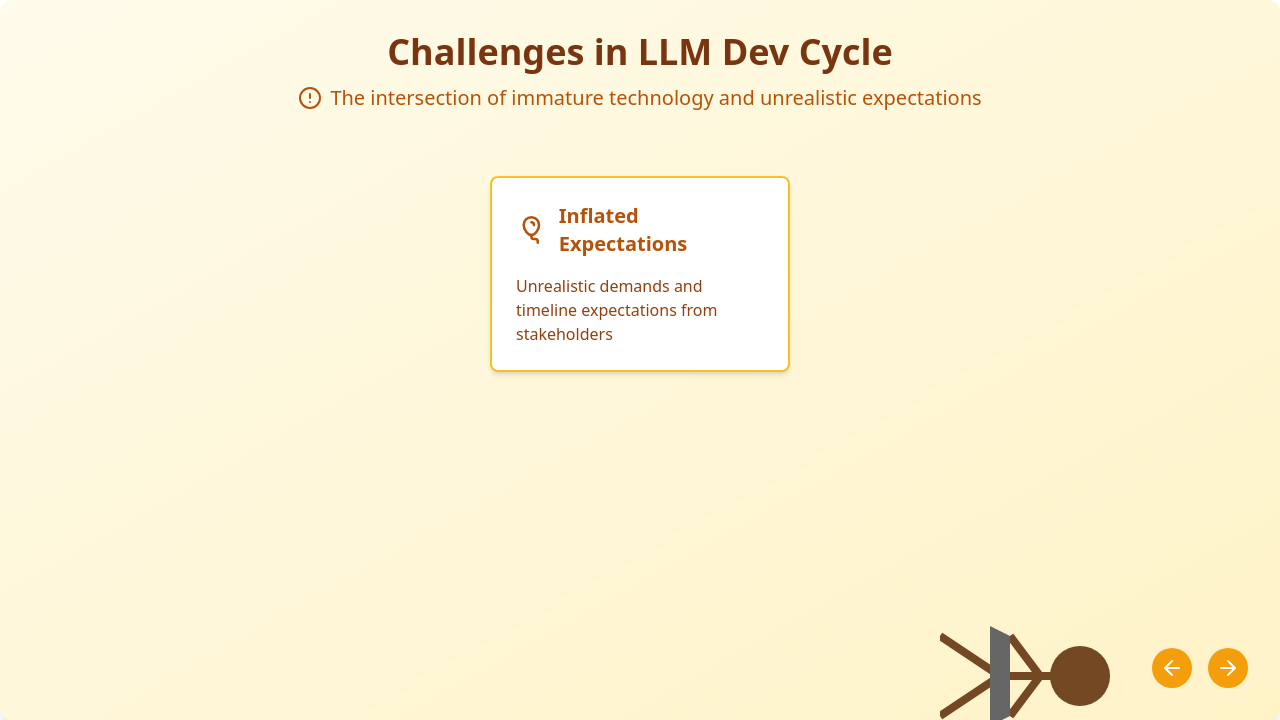
Repository: Galbaz1/dell_presentation
Page: /slide2
The author's editor kept a copy of each file at every save. The page is drawn from the files as they stood at one save, then again after the next save.
The browser window is 1280 px wide. The pictures show the whole page.
The project was rebuilt for these pictures with package versions that can differ from the ones it lists, and the page was loaded fresh each time. Some packages were replaced by stand-ins written for this rebuild. The framework's server and built-in components were replaced by stand-ins that run in the browser. Also part of the build but not shown: styles/animations/slide1.css, styles/animations/slide2.css.

Above is the page before, as saved 2024-11-11 16:11:50.

After the next save:
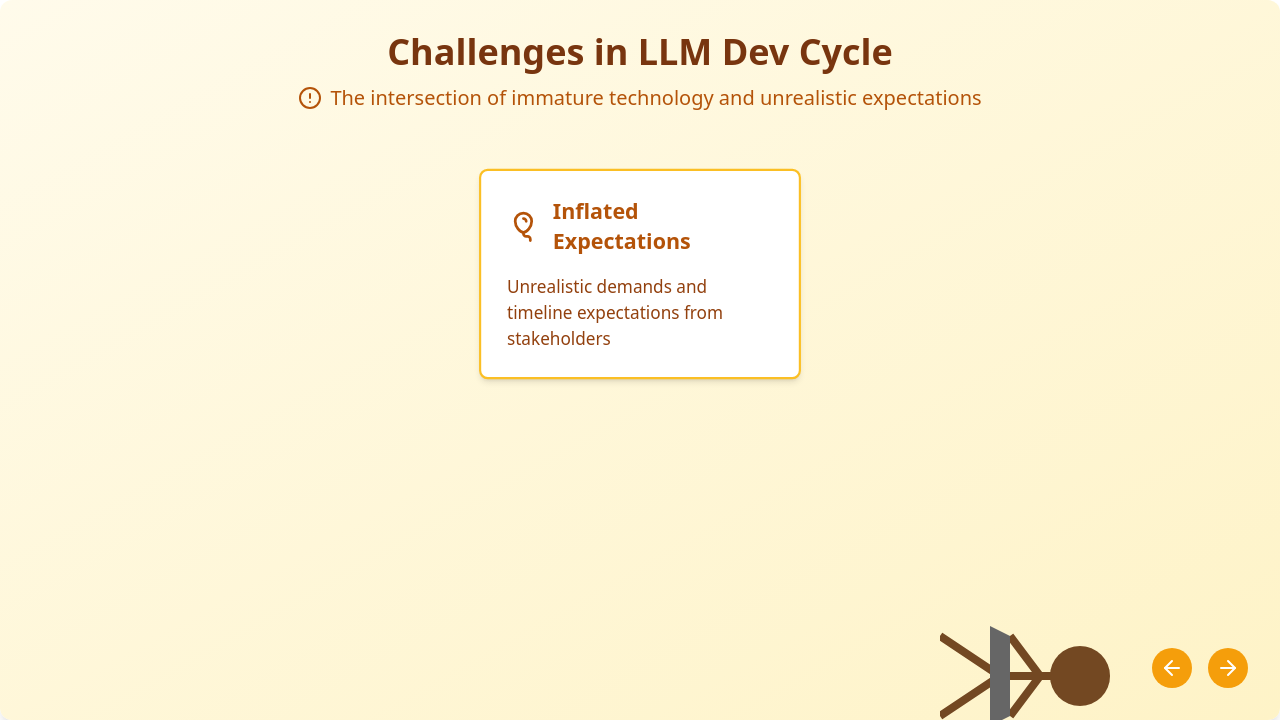
Saved 4 s later.
--- a/styles/globals.css
+++ b/styles/globals.css
@@ -35,8 +35,21 @@
   }
 }
 
+@keyframes pulsate {
+  0%, 100% {
+    transform: translateY(0%) translateX(-50%) scale(1);
+  }
+  50% {
+    transform: translateY(0%) translateX(-50%) scale(1.1);
+  }
+  75% {
+    transform: translateY(0%) translateX(-50%) scale(1.06);
+  }
+}
+
 .animate-fall-bounce {
-  animation: fallAndBounce 3s cubic-bezier(0.4, 0, 0.2, 1) forwards;
+  animation: fallAndBounce 3s cubic-bezier(0.4, 0, 0.2, 1) forwards,
+             pulsate 1.5s ease-in-out 5s 10 forwards;
 }
 
 .animate-developer-fall {
